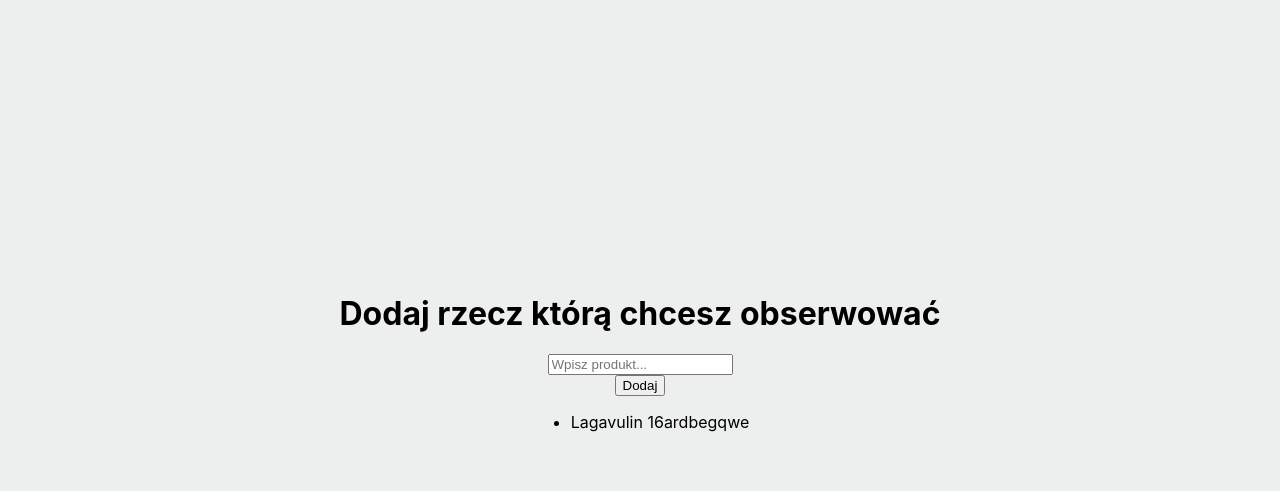
Repository: matedoo/crawler
Page: /MainApp
The author's editor kept a copy of each file at every save. The page is drawn from the files as they stood at one save, then again after the next save.
The browser window is 1280 px wide. The pictures show the whole page.
The project was rebuilt for these pictures with package versions that can differ from the ones it lists, and the page was loaded fresh each time. Requests to the local data server were answered from the project's data file. Also part of the build but not shown: src/Components/button.js, src/Components/LoginComponents/LoginApp.js, src/Components/LoginComponents/RegisterApp.js, src/Components/btnContainer.js, src/Components/heading.js, src/Components/LoginComponents/StartApp.js, src/Components/MainApp/MainAppElement.js.

Above is the page before, as saved 2020-04-27 19:11:56.

### public/index.html
<!DOCTYPE html>
<html lang="en">
  <head>
    <meta charset="utf-8" />
    <link rel="icon" href="%PUBLIC_URL%/favicon.ico" />
    <meta name="viewport" content="width=device-width, initial-scale=1" />
    <meta name="theme-color" content="#000000" />
    <meta
      name="description"
      content="Web site created using create-react-app"
    />
    <link rel="apple-touch-icon" href="%PUBLIC_URL%/logo192.png" />
    <!--
      manifest.json provides metadata used when your web app is installed on a
      user's mobile device or desktop. See https://developers.google.com/web/fundamentals/web-app-manifest/
    -->
    <link rel="manifest" href="%PUBLIC_URL%/manifest.json" />
    <!--
      Notice the use of %PUBLIC_URL% in the tags above.
      It will be replaced with the URL of the `public` folder during the build.
      Only files inside the `public` folder can be referenced from the HTML.

      Unlike "/favicon.ico" or "favicon.ico", "%PUBLIC_URL%/favicon.ico" will
      work correctly both with client-side routing and a non-root public URL.
      Learn how to configure a non-root public URL by running `npm run build`.
    -->
    <title>Racoon</title>
  </head>
  <body>
    <noscript>You need to enable JavaScript to run this app.</noscript>
    <div id="root"></div>

  </body>
</html>

### src/App.js
import React from 'react';
import LoginApp from './Components/LoginComponents/LoginApp'
import RegisterApp from './Components/LoginComponents/RegisterApp'
import StartApp from './Components/LoginComponents/StartApp'
import MainApp from './Components/MainApp/MainApp'
import {BrowserRouter as Router, Switch, Route} from 'react-router-dom'




class App extends React.Component {

  render(){
    return (
      <Router>
        <Switch>
          <Route path='/' exact component={StartApp}></Route>
          <Route path='/LoginApp' component={LoginApp}></Route>
          <Route path='/RegisterApp' component={RegisterApp}></Route>
          <Route path='/MainApp' component={MainApp}></Route>
        </Switch>
      </Router>
    );
  }
}



export default App;

### src/Components/MainApp/MainApp.js
import React, { useState, useEffect } from 'react';
import styled from 'styled-components';
import MainAppElement from './MainAppElement'


//http://localhost:4000/items

function MainApp(props) {
  const [elementsListState, setElementsListState] = useState({ elementsList: [], inputValue: '', error: ''})

  const [fetchedData, setFetchedData] = useState({title: [], id: []})
  const [dataError, setDataError] = useState(null)
  const [apiItems, setApiItems] = useState('items')
  const [isLoading, setIsLoading] = useState(true)

  useEffect(() => {
    const myFetch = async () => {
      setIsLoading(true)

      try {
        const response = await fetch(`http://localhost:4000/${apiItems}`)
        const responseParsed = await response.json()
        // console.log(responseParsed[0]);

        setIsLoading(false)
        setFetchedData({
          title: responseParsed.map(element => element.title),
          id: responseParsed.map(element => element.id)
        })


        // elementsListState.push(responseParsed)
      } catch(dataError){
        setIsLoading(false)
        setDataError(dataError)
      }

    }
    myFetch()
  }, [apiItems])
  console.log(fetchedData);




  if(isLoading){
    return <p>Loading...</p>
  }
  if(dataError){
    return <p>Error...</p>
  }

  const handleInputChange = (event) => {
    const { value } = event.target
    setElementsListState({
      ...elementsListState,
      inputValue: value
    })

  }
  const handleButtonClick = () => {
    const { elementsList } = elementsListState;

    if(!inputValue) return;

    if(elementsList.some(element => element === inputValue)){
      setElementsListState({
        ...elementsListState,
        error: 'Ten produkt już istnieje',
        inputValue: '',
      })
      return;
    }
    setElementsListState({
      error: '',
      elementsList: [...elementsList, inputValue],
      inputValue: ''
    })
  }

  const handleElementRemove = (elementValue) => {
    setElementsListState({
      ...elementsListState,
      elementsList: elementsList.filter(element => element !== elementValue)
    })
  }
  const { error, elementsList, inputValue} = elementsListState;
    return (
      <LoginAppStyled>
        <h1>Dodaj rzecz którą chcesz obserwować</h1>
        {elementsList.map((element) => (
          <MainAppElement
            key={element}
            element={element}
            handleCloseClick={handleElementRemove}
          />
        ))}
        <input
          name='listelemt'
          placeholder='Wpisz produkt...'
          value={inputValue}
          onChange={handleInputChange}
        />
        <button onClick={handleButtonClick}>Dodaj</button>
        {!!error && <p>{error}</p>}
        <div>
        <ul>
        {console.log(`${fetchedData.title} title`  )}
        <li >{fetchedData.title} </li>
        </ul>
        </div>
      </LoginAppStyled>
    );

}

export default MainApp;



const LoginAppStyled = styled.div`
   background-color: #edeeee;
   margin: 0;
   padding:0;
   height: 100vh;
   width: 100%;
   display: flex;
   align-items: center;
   justify-content: center;
   flex-direction: column;
`

### db.json
{
  "items": [
    {
      "title": "Lagavulin 16",
      "id": 1
    },
    {
      "title": "ardbeg",
      "id": 3
    },
    {
      "title": "qwe",
      "id": 4
    }
  ]
}

Loaded but not shown: src/index.js (common file); src/styles/index.css (common file); src/serviceWorker.js (common file)

After the next save:
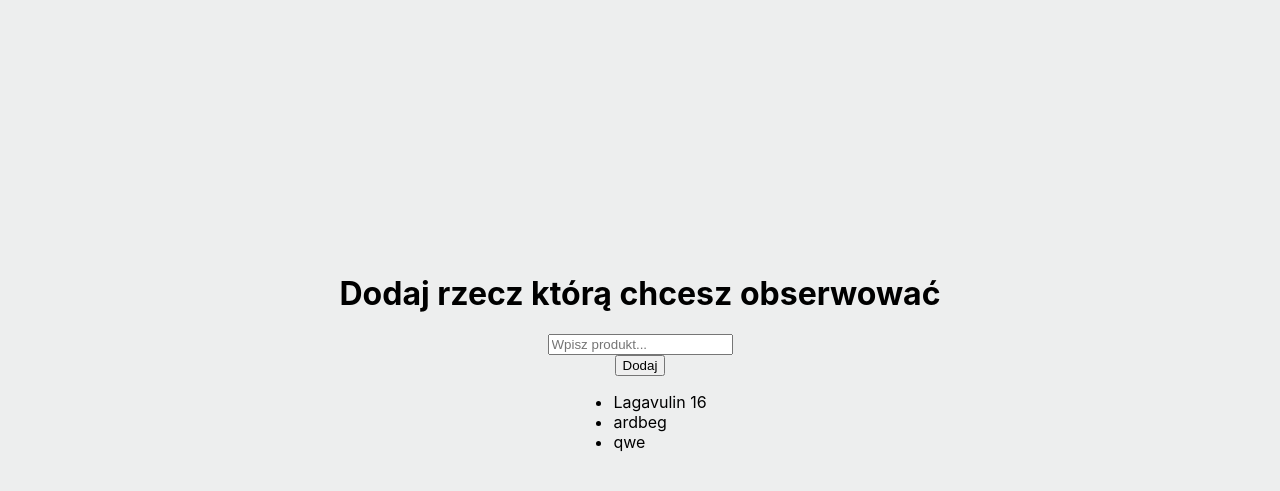
Saved 62 s later.
--- a/src/Components/MainApp/MainApp.js
+++ b/src/Components/MainApp/MainApp.js
@@ -106,7 +106,7 @@ function MainApp(props) {
         <div>
         <ul>
         {console.log(`${fetchedData.title} title`  )}
-        <li >{fetchedData.title} </li>
+        {fetchedData.title.map((el) => <li >{el} </li>)}
         </ul>
         </div>
       </LoginAppStyled>
